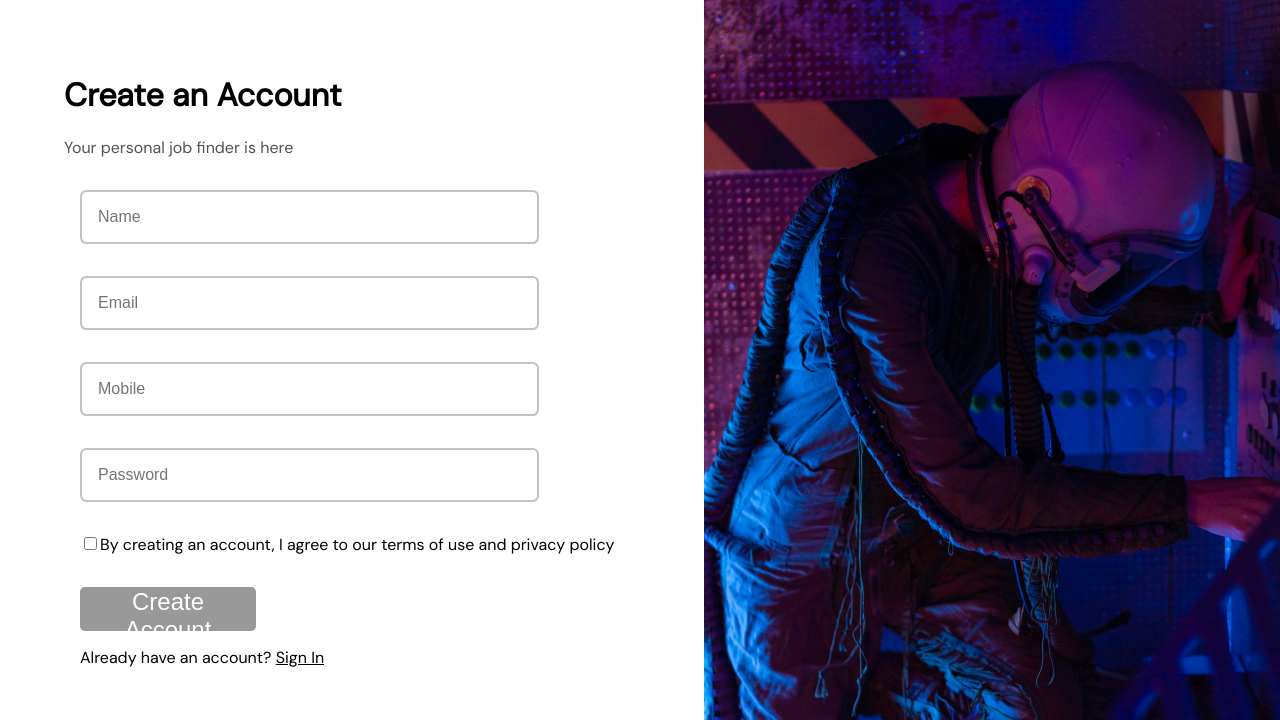
Repository: drumsmanku/node-capstone-project-1
Page: /register (app in client/)
An editor plug-in stored every save of this project. The page is shown before and after the next save, followed by the edit.
The browser window is 1280 px wide. The pictures show the whole page.
The project was rebuilt for these pictures with package versions that can differ from the ones it lists, and the page was loaded fresh each time. Also part of the build but not shown: client/src/components/Login.js, client/src/components/AddJob.js, client/src/components/Success.js, client/src/components/JobMainPage.js, client/src/components/EditJob.js, client/src/components/JobDetails.css, client/src/components/JobDetails.js, client/src/components/FailedLogin.js and 1 more.

Above is the page before, as saved 2023-07-23 18:54:59.

After the next save:
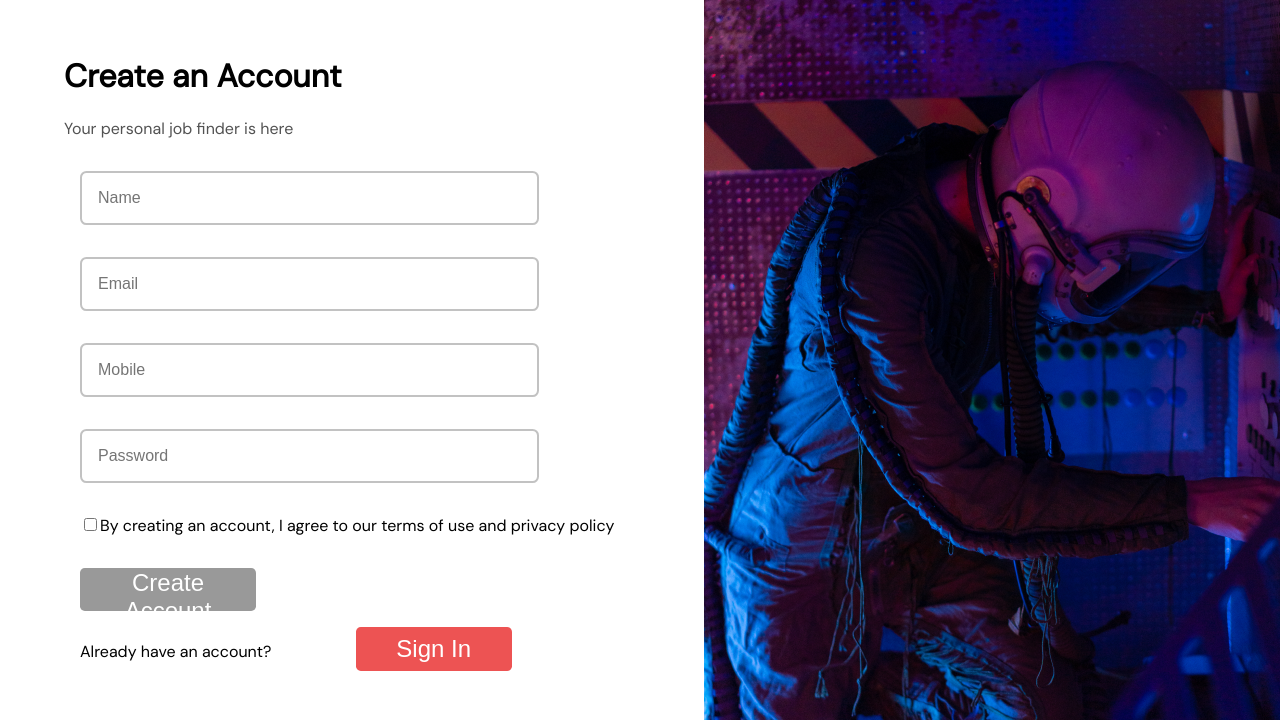
Saved 8 min 53 s later.
--- a/client/src/components/Register.js
+++ b/client/src/components/Register.js
@@ -70,7 +70,7 @@ function Register() {
           <button type="submit" style={{...buttonStyle, '@media (max-width: 768px)': {fontSize:'small',
           }, cursor:'pointer'}} onClick={register} disabled={!ischecked}>Create Account</button>
 
-          <span style={{marginLeft:'5rem'}}>Already have an account? <a href="/login">Sign In</a></span>
+          <span style={{marginLeft:'5rem'}}>Already have an account? <button onClick={()=>{navigate('/login')}}>Sign In</button></span>
         </form>
       </div>
       <div className='reg-right-container' style={{backgroundImage:`url(${img1})`}}></div>
